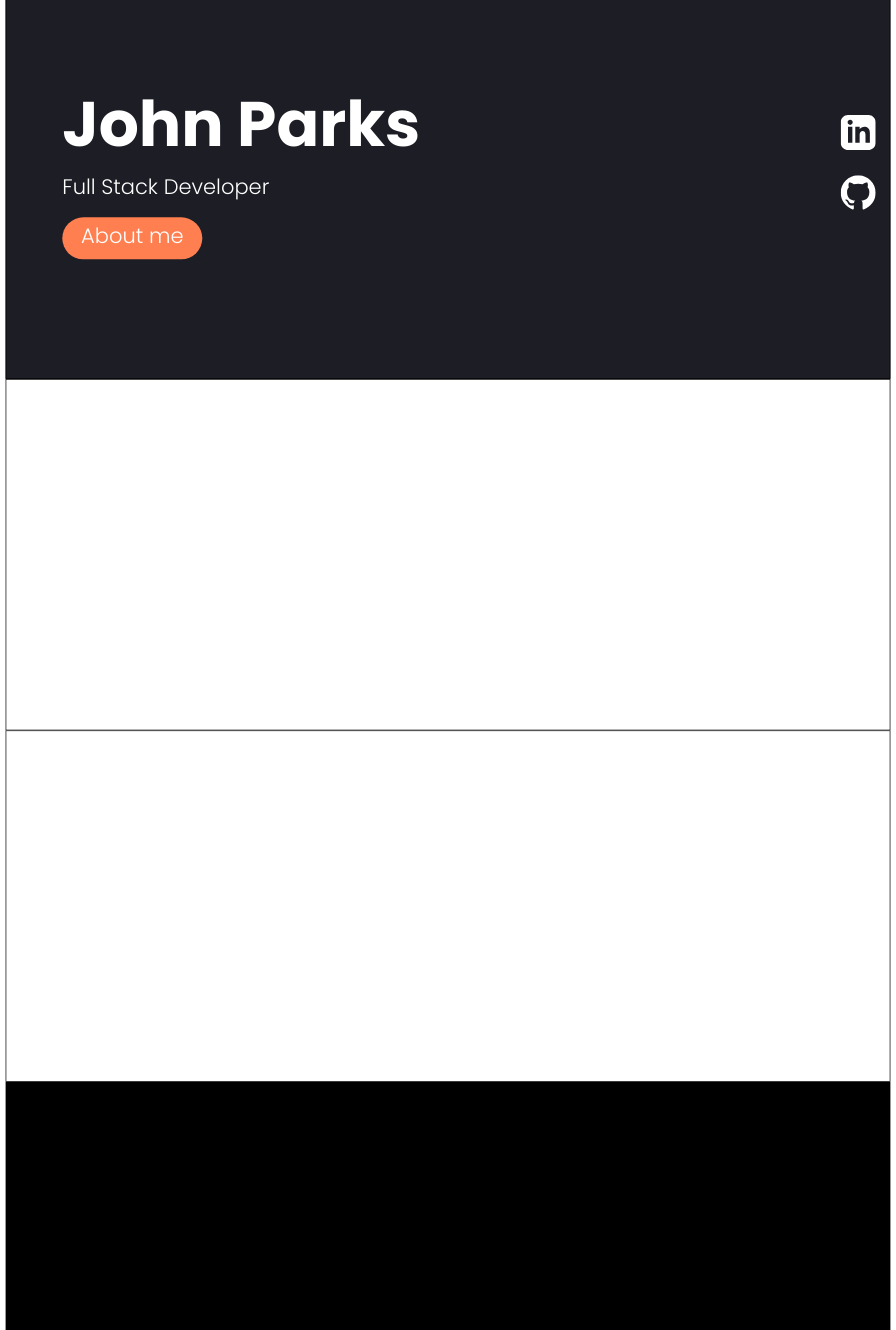
Repository: Jcparks84/Portfolio
Page: index.html
The author's editor kept a copy of each file at every save. The page is drawn from the files as they stood at one save, then again after a run of saves.
The browser window is 1280 px wide. The pictures show the part of the page from y = 189 to 2089 px (the page is 2242 px tall), at 70% of full size.
A picture or video elsewhere on the page could not be fetched, so the positions and the page height are approximate.

Above is the page before, as saved 2022-08-10 15:15:52.

### index.html
<!DOCTYPE html>
<html>
    <head>
        <link rel="stylesheet" href="src/styles.css"/>
        <link rel="preconnect" href="https://fonts.googleapis.com">
        <link rel="preconnect" href="https://fonts.gstatic.com" crossorigin>
        <link href="https://fonts.googleapis.com/css2?family=Poppins:wght@300;400;600;700;800&display=swap" rel="stylesheet">
        <title>Portfolio</title>
        <meta charset="UTF-8" />
    </head>
    <body>
        <section class="hero">
            <nav>
                <img class="logo" src="src/images/coding-png-11.png" alt="John's Logo"/>
                <ul>
                    <li>About Me</li>
                    <li>Projects</li>
                    <li>Contact Me</li>
                </ul>
            </nav>
            <div class="hero-area">
                <div class="hero-text">
                <h1>John Parks</h1>
                <p>Full Stack Developer</p>
                <div class="button">About me</div>
            </div>
            <div class="socials">
                <div class="social">
                    <svg xmlns="http://www.w3.org/2000/svg" fill="#ffffff" width="50" height="50" viewBox="0 0 24 24"><path d="M19 0h-14c-2.761 0-5 2.239-5 5v14c0 2.761 2.239 5 5 5h14c2.762 0 5-2.239 5-5v-14c0-2.761-2.238-5-5-5zm-11 19h-3v-11h3v11zm-1.5-12.268c-.966 0-1.75-.79-1.75-1.764s.784-1.764 1.75-1.764 1.75.79 1.75 1.764-.783 1.764-1.75 1.764zm13.5 12.268h-3v-5.604c0-3.368-4-3.113-4 0v5.604h-3v-11h3v1.765c1.396-2.586 7-2.777 7 2.476v6.759z"/></svg>
                </div>
                <div class="social">
                    <svg xmlns="http://www.w3.org/2000/svg" fill="#ffffff" width="50" height="50" viewBox="0 0 24 24"><path d="M12 0c-6.626 0-12 5.373-12 12 0 5.302 3.438 9.8 8.207 11.387.599.111.793-.261.793-.577v-2.234c-3.338.726-4.033-1.416-4.033-1.416-.546-1.387-1.333-1.756-1.333-1.756-1.089-.745.083-.729.083-.729 1.205.084 1.839 1.237 1.839 1.237 1.07 1.834 2.807 1.304 3.492.997.107-.775.418-1.305.762-1.604-2.665-.305-5.467-1.334-5.467-5.931 0-1.311.469-2.381 1.236-3.221-.124-.303-.535-1.524.117-3.176 0 0 1.008-.322 3.301 1.23.957-.266 1.983-.399 3.003-.404 1.02.005 2.047.138 3.006.404 2.291-1.552 3.297-1.23 3.297-1.23.653 1.653.242 2.874.118 3.176.77.84 1.235 1.911 1.235 3.221 0 4.609-2.807 5.624-5.479 5.921.43.372.823 1.102.823 2.222v3.293c0 .319.192.694.801.576 4.765-1.589 8.199-6.086 8.199-11.386 0-6.627-5.373-12-12-12z"/></svg>
                </div>
            </div>
        </div>
        </section>
        <section></section>
        <section></section>
        <footer></footer>

        <script src="src/app.js"></script>
    </body>
</html>

### src/styles.css
body {
    font-family: 'Poppins', sans-serif;

}

section {
    height: 500px;
    background-color: white;
    border: solid black 1px;
}

.hero {
    background-color: #1c1d25;
    height: 100vh;
    color: white;
    font-size: 40px;
}

footer {
    height: 500px;
    background-color: black;
}

nav {
    display: flex;
    justify-content: space-between;
}

ul {
    display: flex;
    list-style-type: none;
    width: 500px;
    justify-content: space-around;
    font-size: 30px;
}

li {
    text-decoration: none;
}

h1 {
    font-size: 90px;
    margin: 0;
}

p {
    margin: 0;
    font-size: 30px;
    font-weight: 300;
}

.hero-area {
    display: flex;
    height: 100%;
    justify-content: space-between;
    align-items: center;
}

.hero-text {
    margin-left: 80px;
    margin-bottom: 200px;
}

.button {
    width: 200px;
    height: 55px;
    border-radius: 30px;
    background-color: coral;
    text-align: center;
    font-size: 30px;
    font-weight: 300;
    padding-top: 5px;
    margin-top: 20px;
}

.button:hover {
    background-color: #ef744b;
}

.button:active {
    background-color: #A9A9A9;
    color: #808080;
}

.socials {
    padding-bottom: 200px;
}

.logo {
    height: 100px;
    margin: 30px;
}

.social {
    margin: 20px
}

Loaded but not shown: src/app.js (no stored copy; drawn as an empty file)

After the next 3 saves:
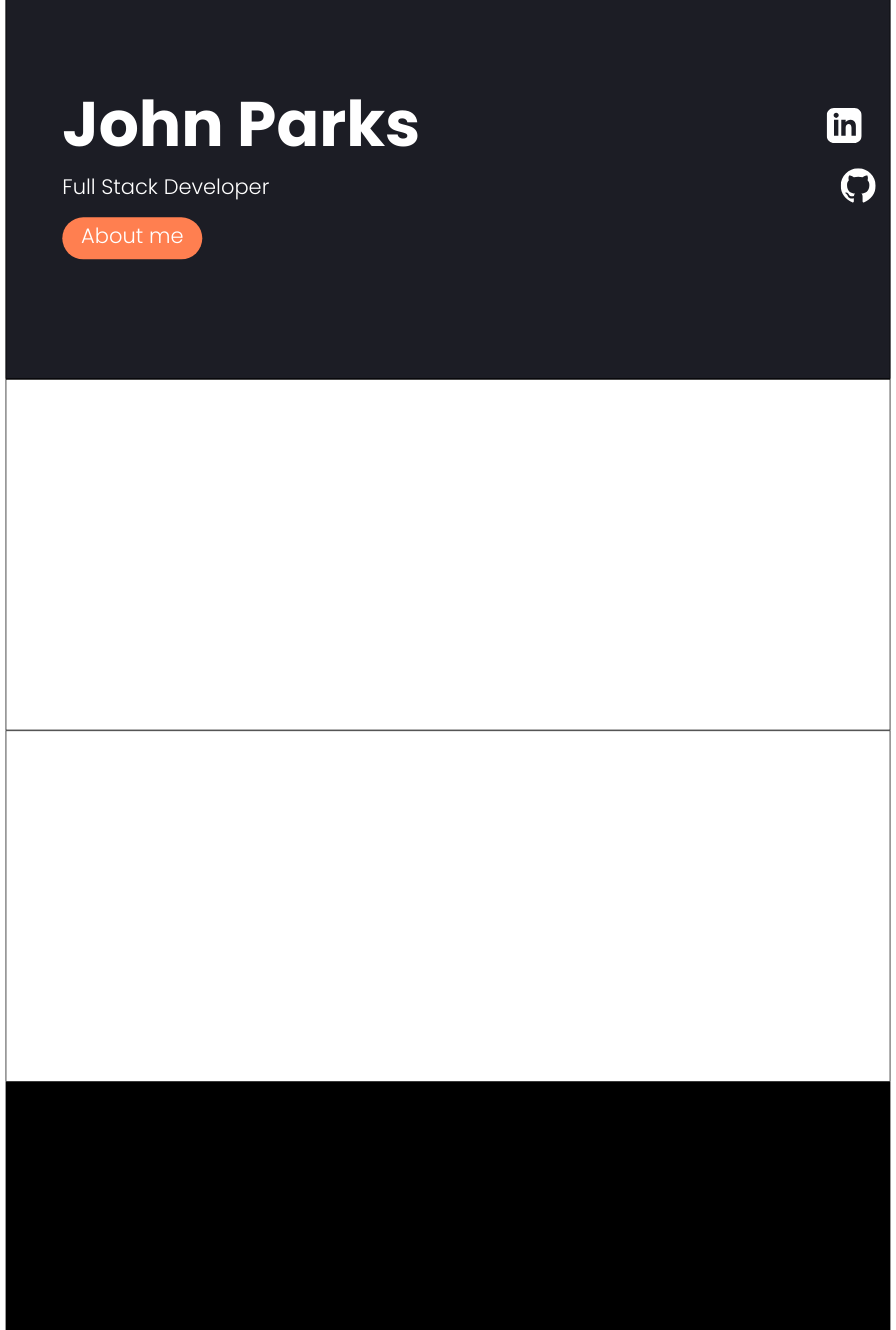
The 3 saves are shown as one change because they came seconds apart.
The last was saved 102 s later.
--- a/index.html
+++ b/index.html
@@ -25,7 +25,7 @@
                 <div class="button">About me</div>
             </div>
             <div class="socials">
-                <div class="social">
+                <div href=class="social">
                     <svg xmlns="http://www.w3.org/2000/svg" fill="#ffffff" width="50" height="50" viewBox="0 0 24 24"><path d="M19 0h-14c-2.761 0-5 2.239-5 5v14c0 2.761 2.239 5 5 5h14c2.762 0 5-2.239 5-5v-14c0-2.761-2.238-5-5-5zm-11 19h-3v-11h3v11zm-1.5-12.268c-.966 0-1.75-.79-1.75-1.764s.784-1.764 1.75-1.764 1.75.79 1.75 1.764-.783 1.764-1.75 1.764zm13.5 12.268h-3v-5.604c0-3.368-4-3.113-4 0v5.604h-3v-11h3v1.765c1.396-2.586 7-2.777 7 2.476v6.759z"/></svg>
                 </div>
                 <div class="social">

After the 2 saves that followed:
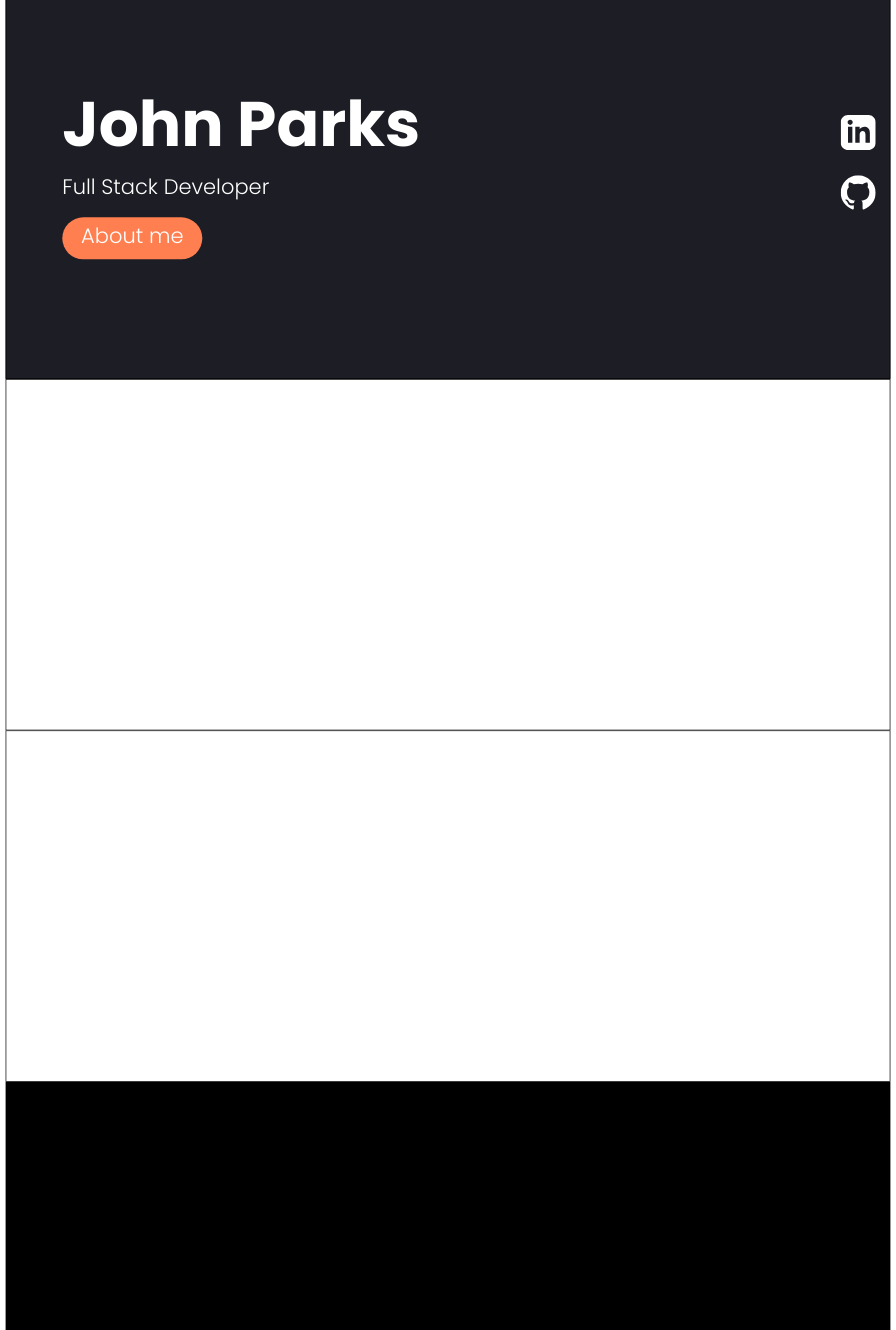
The 2 saves are shown as one change because they came seconds apart.
The last was saved 6 s later.
--- a/index.html
+++ b/index.html
@@ -25,7 +25,7 @@
                 <div class="button">About me</div>
             </div>
             <div class="socials">
-                <div href=class="social">
+                <div href="" class="social">
                     <svg xmlns="http://www.w3.org/2000/svg" fill="#ffffff" width="50" height="50" viewBox="0 0 24 24"><path d="M19 0h-14c-2.761 0-5 2.239-5 5v14c0 2.761 2.239 5 5 5h14c2.762 0 5-2.239 5-5v-14c0-2.761-2.238-5-5-5zm-11 19h-3v-11h3v11zm-1.5-12.268c-.966 0-1.75-.79-1.75-1.764s.784-1.764 1.75-1.764 1.75.79 1.75 1.764-.783 1.764-1.75 1.764zm13.5 12.268h-3v-5.604c0-3.368-4-3.113-4 0v5.604h-3v-11h3v1.765c1.396-2.586 7-2.777 7 2.476v6.759z"/></svg>
                 </div>
                 <div class="social">
